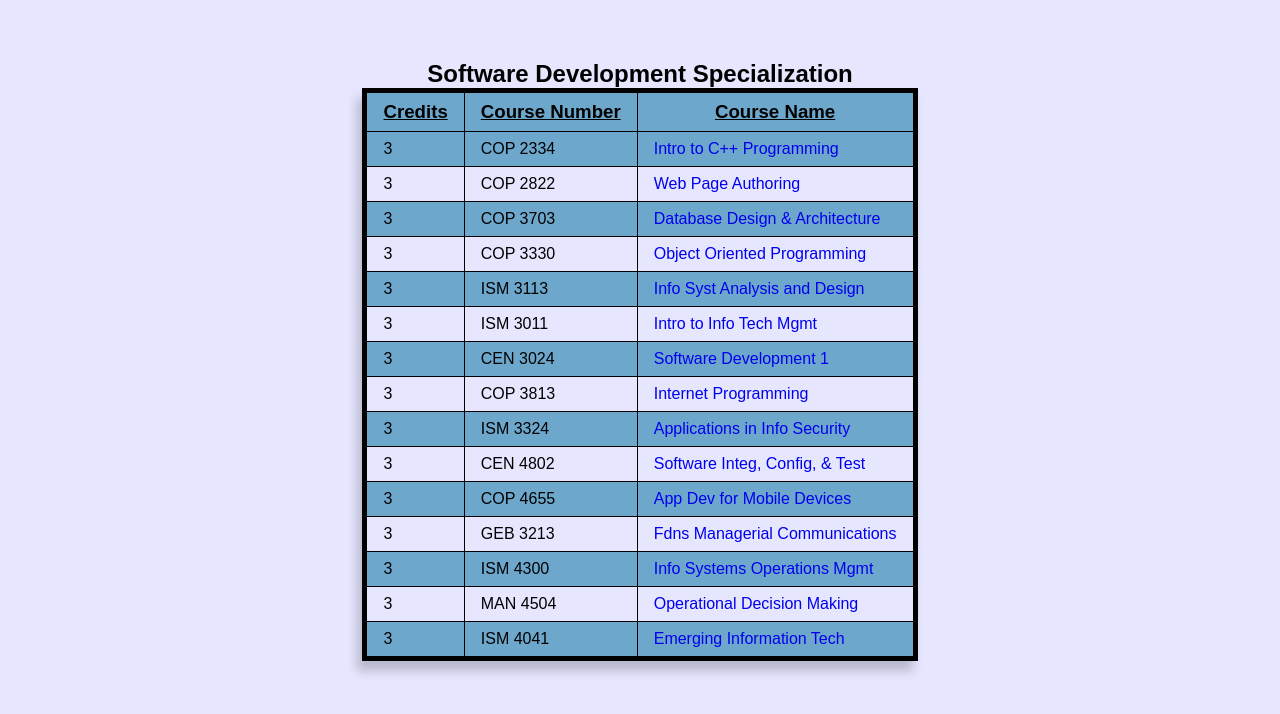
Repository: mlmEFSC21/P5-DegreeTableStyling
Page: FormattedProgramSpecialization1.html
These files come from the project's save history. The page is drawn as it stood at one moment and after the next save; the edit follows.
The browser window is 1280 px wide. The pictures show the whole page.
Some web fonts or font styles are not loaded; a fallback is used.

Above is the page before, as saved 2022-02-07 15:56:53.

### FormattedProgramSpecialization1.html
<!DOCTYPE html>
<html lang="en">
    <head>
        <meta charset="UTF-8" />
        <meta http-equiv="X-UA-Compatible" content="IE=edge" />
        <meta name="viewport" content="width=device-width, initial-scale=1.0" />
        <link rel="stylesheet" href="tableStyles.css" />
        <title>Degree Specialization Table</title>
    </head>
    <body>
        <table>
            <caption class="tableTitle">
                Software Development Specialization
            </caption>
            <thead>
                <tr class="colTitles">
                    <th>Credits</th>
                    <th>Course Number</th>
                    <th>Course Name</th>
                </tr>
            </thead>
            <tbody>
                <tr>
                    <td>3</td>
                    <td>COP 2334</td>
                    <td>
                        <a
                            href="https://bannerweb.easternflorida.edu/prod/bwckctlg.p_disp_course_detail?cat_term_in=202210&subj_code_in=COP&crse_numb_in=2334"
                            >Intro to C++ Programming</a
                        >
                    </td>
                </tr>
                <tr>
                    <td>3</td>
                    <td>COP 2822</td>
                    <td>
                        <a
                            href="https://bannerweb.easternflorida.edu/prod/bwckctlg.p_disp_course_detail?cat_term_in=202210&subj_code_in=COP&crse_numb_in=2822"
                            >Web Page Authoring</a
                        >
                    </td>
                </tr>
                <tr>
                    <td>3</td>
                    <td>COP 3703</td>
                    <td>
                        <a
                            href="https://bannerweb.easternflorida.edu/prod/bwckctlg.p_disp_course_detail?cat_term_in=202210&subj_code_in=COP&crse_numb_in=3703"
                            >Database Design & Architecture</a
                        >
                    </td>
                </tr>
                <tr>
                    <td>3</td>
                    <td>COP 3330</td>
                    <td>
                        <a
                            href="https://bannerweb.easternflorida.edu/prod/bwckctlg.p_disp_course_detail?cat_term_in=202210&subj_code_in=COP&crse_numb_in=3330"
                            >Object Oriented Programming</a
                        >
                    </td>
                </tr>
                <tr>
                    <td>3</td>
                    <td>ISM 3113</td>
                    <td>
                        <a
                            href="https://bannerweb.easternflorida.edu/prod/bwckctlg.p_disp_course_detail?cat_term_in=202210&subj_code_in=ISM&crse_numb_in=3113"
                            >Info Syst Analysis and Design</a
                        >
                    </td>
                </tr>
                <tr>
                    <td>3</td>
                    <td>ISM 3011</td>
                    <td>
                        <a
                            href="https://bannerweb.easternflorida.edu/prod/bwckctlg.p_disp_course_detail?cat_term_in=202210&subj_code_in=ISM&crse_numb_in=3011"
                            >Intro to Info Tech Mgmt</a
                        >
                    </td>
                </tr>
                <tr>
                    <td>3</td>
                    <td>CEN 3024</td>
                    <td>
                        <a
                            href="https://bannerweb.easternflorida.edu/prod/bwckctlg.p_disp_course_detail?cat_term_in=202210&subj_code_in=CEN&crse_numb_in=3024"
                            >Software Development 1</a
                        >
                    </td>
                </tr>
                <tr>
                    <td>3</td>
                    <td>COP 3813</td>
                    <td>
                        <a
                            href="https://bannerweb.easternflorida.edu/prod/bwckctlg.p_disp_course_detail?cat_term_in=202210&subj_code_in=COP&crse_numb_in=3813"
                            >Internet Programming</a
                        >
                    </td>
                </tr>
                <tr>
                    <td>3</td>
                    <td>ISM 3324</td>
                    <td>
                        <a
                            href="https://bannerweb.easternflorida.edu/prod/bwckctlg.p_disp_course_detail?cat_term_in=202210&subj_code_in=ISM&crse_numb_in=3324"
                            >Applications in Info Security</a
                        >
                    </td>
                </tr>
                <tr>
                    <td>3</td>
                    <td>CEN 4802</td>
                    <td>
                        <a
                            href="https://bannerweb.easternflorida.edu/prod/bwckctlg.p_disp_course_detail?cat_term_in=202210&subj_code_in=CEN&crse_numb_in=4802"
                            >Software Integ, Config, & Test</a
                        >
                    </td>
                </tr>
                <tr>
                    <td>3</td>
                    <td>COP 4655</td>
                    <td>
                        <a
                            href="https://bannerweb.easternflorida.edu/prod/bwckctlg.p_disp_course_detail?cat_term_in=202210&subj_code_in=COP&crse_numb_in=4655"
                            >App Dev for Mobile Devices</a
                        >
                    </td>
                </tr>
                <tr>
                    <td>3</td>
                    <td>GEB 3213</td>
                    <td>
                        <a
                            href="https://bannerweb.easternflorida.edu/prod/bwckctlg.p_disp_course_detail?cat_term_in=202210&subj_code_in=GEB&crse_numb_in=3213"
                            >Fdns Managerial Communications</a
                        >
                    </td>
                </tr>
                <tr>
                    <td>3</td>
                    <td>ISM 4300</td>
                    <td>
                        <a
                            href="https://bannerweb.easternflorida.edu/prod/bwckctlg.p_disp_course_detail?cat_term_in=202210&subj_code_in=ISM&crse_numb_in=4300"
                            >Info Systems Operations Mgmt</a
                        >
                    </td>
                </tr>
                <tr>
                    <td>3</td>
                    <td>MAN 4504</td>
                    <td>
                        <a
                            href="https://bannerweb.easternflorida.edu/prod/bwckctlg.p_disp_course_detail?cat_term_in=202210&subj_code_in=MAN&crse_numb_in=4504"
                            >Operational Decision Making</a
                        >
                    </td>
                </tr>
                <tr>
                    <td>3</td>
                    <td>ISM 4041</td>
                    <td>
                        <a
                            href="https://bannerweb.easternflorida.edu/prod/bwckctlg.p_disp_course_detail?cat_term_in=202210&subj_code_in=ISM&crse_numb_in=4041"
                            >Emerging Information Tech</a
                        >
                    </td>
                </tr>
            </tbody>
        </table>
    </body>
</html>

### tableStyles.css
@import url("https://fonts.googleapis.com/css2?family=Spectral:wght@400&display=swap");

:root {
    --clr-prime: #003c5e;
    --clr-second: #1a2028;
    --clr-accent: #a2ce06;
    --clr-font-prime: #6da7cc;
    --clr-font-second: black;
    --clr-background: #e6e6ff;
}
*,
*::before,
*::after {
    margin: 0;
    padding: 0;
    box-sizing: border-box;
}
body {
    font-family: Spectral, sans-serif;
    height: 100vh;
    display: grid;
    align-items: center;
    justify-content: center;
    background-color: var(--clr-background);
}
/* border added here */
table {
    border-collapse: collapse;
    box-shadow: -5px 10px 10px rgba(0, 0, 0, 0.2);
    border: 5px solid black;
    padding: 0.25rem;
}
/* centered text of first to rows (table header) */
thead {
    text-align: center;
}
/* used two classes to change the sizes, decorations, etc. */
.tableTitle {
    font-size: 18pt;
    font-weight: bold;
    text-align: center;
}
.colTitles {
    font-size: 14pt;
    text-decoration: underline;
}
th {
    border: 1px solid black;
    padding: 0.5rem 1rem;
}
/* added the font size and text alignment for the row data here */
td {
    border: 1px solid black;
    padding: 0.5rem 1rem;
    font-size: 12pt;
    text-align: left;
}
tr:nth-child(odd) {
    background-color: var(--clr-font-prime);
}
a {
    text-decoration: none;
}
a:hover {
    color: var(--clr-prime);
    text-decoration: underline;
}

After the next save:
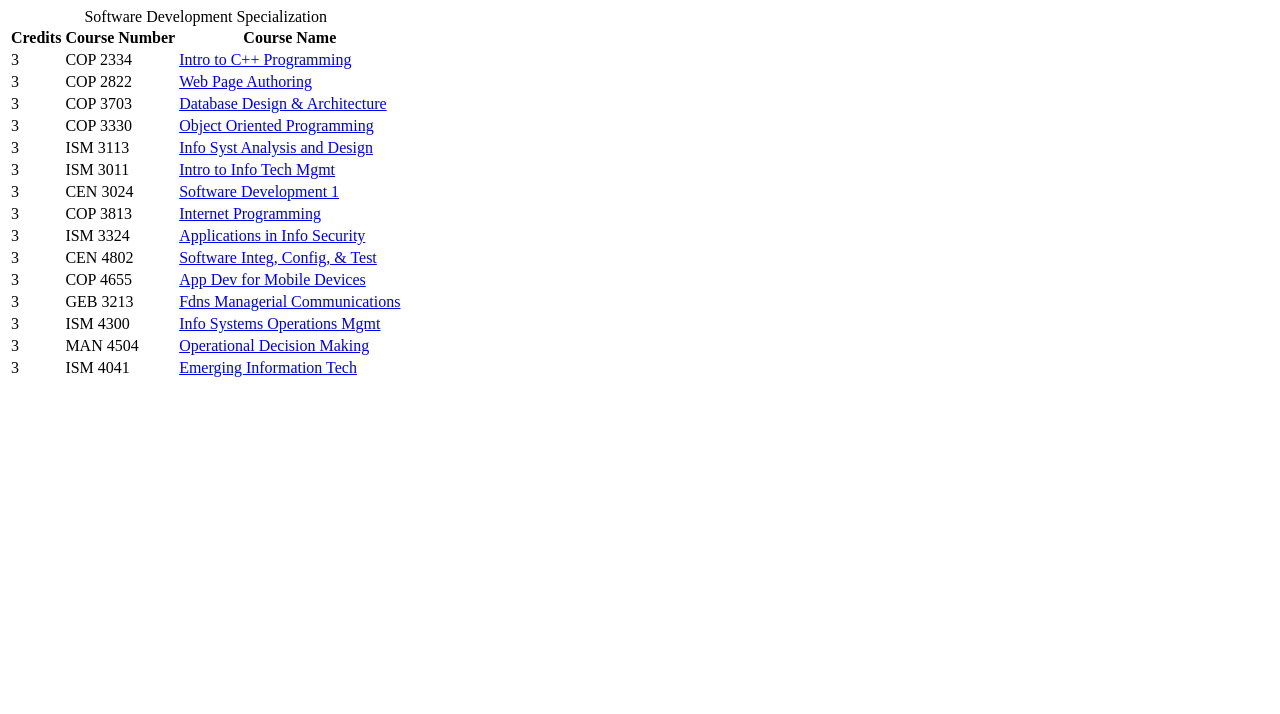
Saved 3 min 1 s later.
--- a/FormattedProgramSpecialization1.html
+++ b/FormattedProgramSpecialization1.html
@@ -4,7 +4,12 @@
         <meta charset="UTF-8" />
         <meta http-equiv="X-UA-Compatible" content="IE=edge" />
         <meta name="viewport" content="width=device-width, initial-scale=1.0" />
-        <link rel="stylesheet" href="tableStyles.css" />
+        <link rel="preconnect" href="https://fonts.googleapis.com" />
+        <link rel="preconnect" href="https://fonts.gstatic.com" crossorigin />
+        <link
+            href="https://fonts.googleapis.com/css2?family=Spectral:wght@300&display=swap"
+            rel="stylesheet"
+        />
         <title>Degree Specialization Table</title>
     </head>
     <body>
